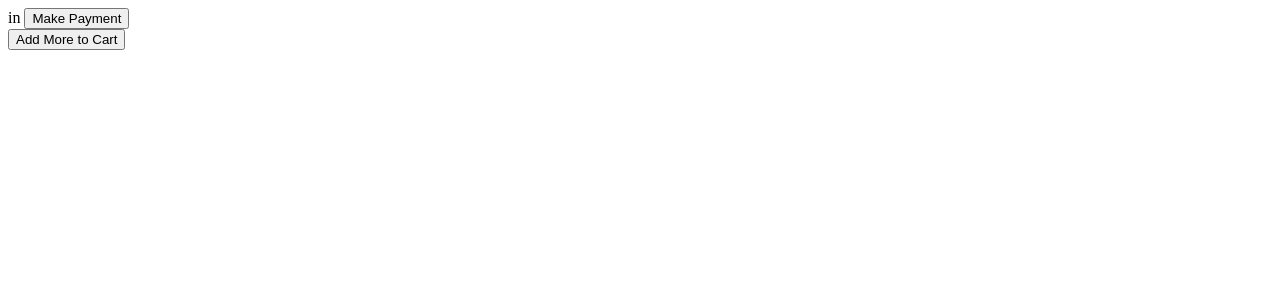
Repository: devgpta19/CDAC-Assignments
Page: http://localhost/ProductsAndUsersUsingJSPAndServlet/showProduct.jsp
These files come from the project's save history. The page is drawn as it stood at one moment and after a run of saves; the edit follows.
The browser window is 1280 px wide. The pictures show the whole page.
The page is served by Tomcat 9. Other server files are loaded and not shown.

Above is the page before, as saved 2025-11-27 13:16:20.

### Adv.Java/Day6-8/ProductsAndUsersUsingJSPAndServlet/src/main/webapp/showProduct.jsp
<%@ page language="java" contentType="text/html; charset=ISO-8859-1"
	pageEncoding="ISO-8859-1"%>
<%@taglib prefix="c" uri="http://java.sun.com/jsp/jstl/core"%>

<!DOCTYPE html>
<html>
<head>
<meta charset="ISO-8859-1">
<title>Insert title here</title>
</head>
<body>
	<form action="addtocart">

		<c:forEach var="set" items="${ResultSet}">
			<div>
				<h3>Product ID : &nbsp; ${set.pid}</h3>
				<h3>Product Name : &nbsp; ${set.pname}</h3>
				<h3>Product Price : &nbsp; ${set.price}</h3>
				<h3>
					Product Quantity <input type="text" name="qty" id="qty" />
				</h3>
				<h3>Amount</h3>
			</div>
		</c:forEach>

		in

		<button type="submit" name="btn" id="btn">Make Payment</button>
	</form>

	<form action="Category">
		<button type="submit" name="btn" id="btn">Add More to Cart</button>
	</form>
</body>
</html>

After the next 2 saves:
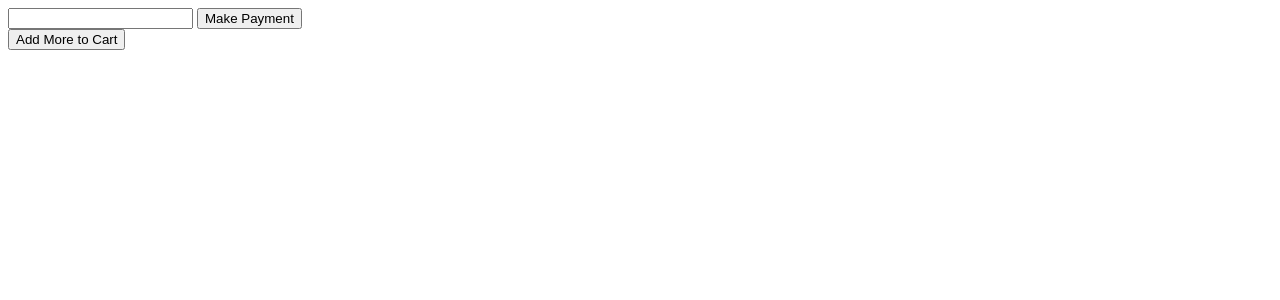
The 2 saves are shown as one change because they came seconds apart.
The last was saved 7 s later.
--- a/Adv.Java/Day6-8/ProductsAndUsersUsingJSPAndServlet/src/main/webapp/showProduct.jsp
+++ b/Adv.Java/Day6-8/ProductsAndUsersUsingJSPAndServlet/src/main/webapp/showProduct.jsp
@@ -23,7 +23,7 @@
 			</div>
 		</c:forEach>
 
-		in
+		<input  />
 
 		<button type="submit" name="btn" id="btn">Make Payment</button>
 	</form>
